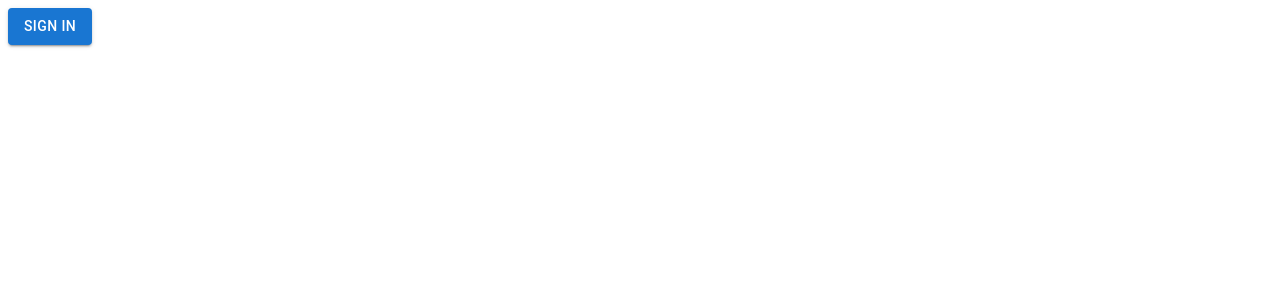
Repository: namphextra/portfolio
Page: /
An editor plug-in stored every save of this project. The page is shown before and after the next save, followed by the edit.
The browser window is 1280 px wide. The pictures show the whole page.
The page's requests for data from a server got no answer. The project was rebuilt for these pictures with package versions that can differ from the ones it lists, and the page was loaded fresh each time. The framework's server and built-in components were replaced by stand-ins that run in the browser. No one was signed in, and anything a server would have sent is missing. Also part of the build but not shown: next.config.js.

Above is the page before, as saved 2023-02-07 15:03:41.

After the next save:
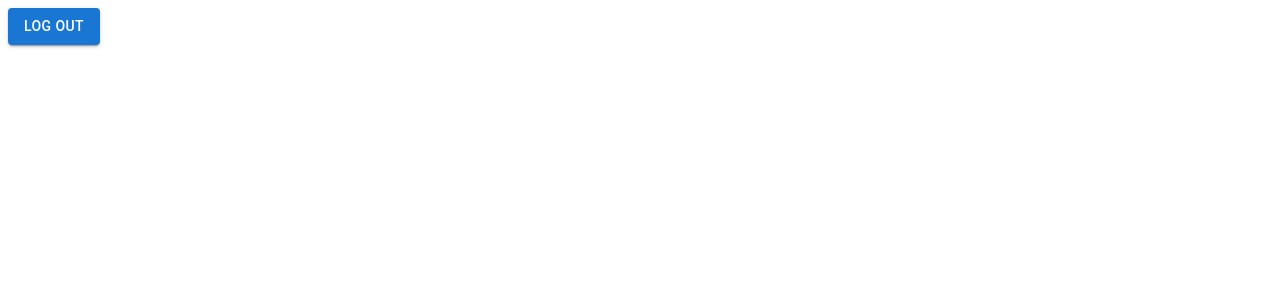
Saved 39 min 24 s later.
--- a/src/app/page.tsx
+++ b/src/app/page.tsx
@@ -1,7 +1,7 @@
 "use client";
 import Image from "next/image";
 import { Button } from "@mui/material";
-import { signIn, useSession } from "next-auth/react";
+import { signIn, useSession, signOut } from "next-auth/react";
 
 export default function Home() {
   const { data: session } = useSession();
@@ -19,9 +19,15 @@
           />
         </>
       )}
-      <Button variant="contained" onClick={() => signIn()}>
-        Sign in
-      </Button>
+      {session ? (
+        <Button variant="contained" onClick={() => signIn()}>
+          Sign in
+        </Button>
+      ) : (
+        <Button variant="contained" onClick={() => signOut()}>
+          Log out
+        </Button>
+      )}
     </div>
   );
 }

After the save that followed:
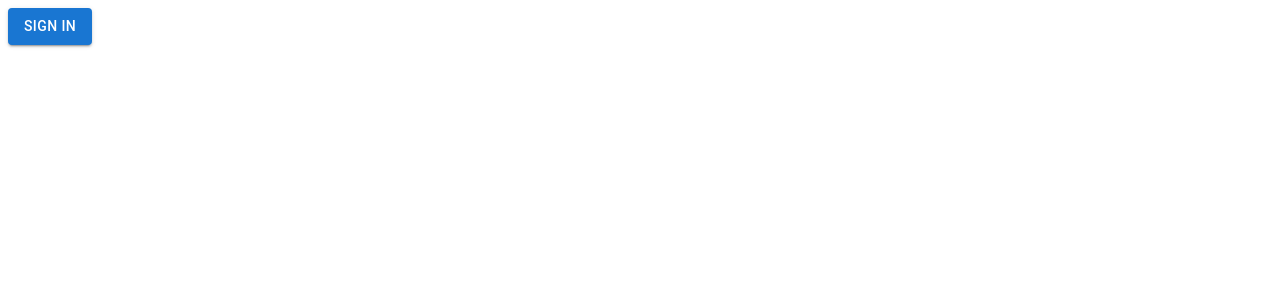
Saved 19 s later.
--- a/src/app/page.tsx
+++ b/src/app/page.tsx
@@ -19,7 +19,7 @@
           />
         </>
       )}
-      {session ? (
+      {!session ? (
         <Button variant="contained" onClick={() => signIn()}>
           Sign in
         </Button>
